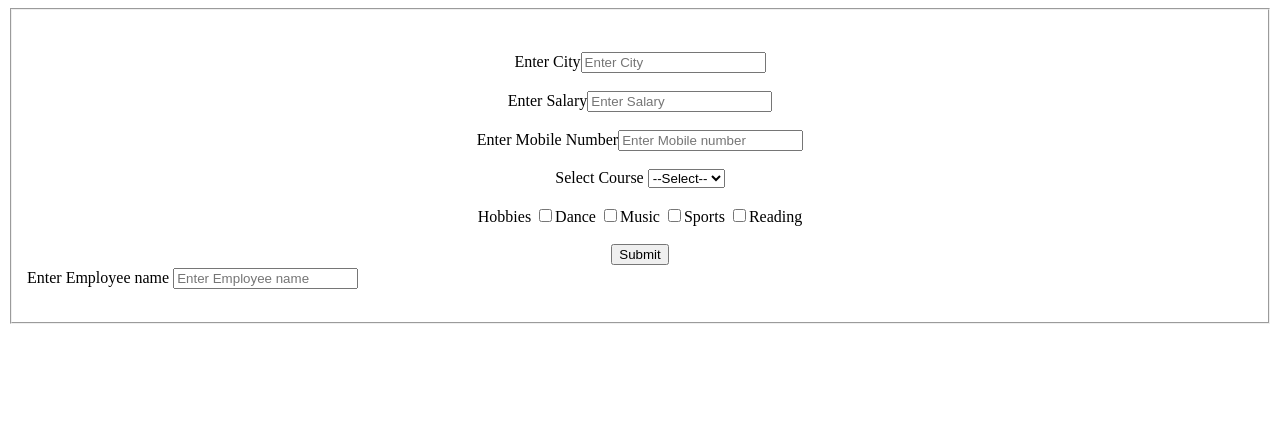
Repository: bigee1397/22-3-2024
Page: http://localhost/RDDemo/
An editor plug-in stored every save of this project. The page is shown before and after the next save, followed by the edit.
The browser window is 1280 px wide. The pictures show the whole page.
The page is served by Tomcat 9. Other server files are loaded and not shown.

Above is the page before, as saved 2024-03-15 04:49:46.

### jspandservlets/RDDemo/src/main/webapp/index.jsp
<%@ page language="java" contentType="text/html; charset=ISO-8859-1"
    pageEncoding="ISO-8859-1" %>
<!DOCTYPE html>
<html>
<head>
<meta charset="ISO-8859-1">
<title>Insert title here</title>
</head>
<body>
	<fieldset align="center">
		<form action="registerServlet" method="post">
			<table>
				<tr>
					<td>Enter Employee name</td>
					<td><input type="text" name="employeeName" placeholder="Enter Employee name" /> </td>
				</tr>
				<tr>
					<td></td>
					<td></td>
				</tr>
				<tr>
					<td></td>
					<td></td>
				</tr>
				<tr>
					<td></td>
					<td></td>
				</tr>
				<tr>
					<td></td>
					<td></td>
				</tr>
				<tr>
					<td></td>
					<td></td>
				</tr>

		    	<br><br>
		    	Enter City<input type="text" name="city" placeholder="Enter City" />
		    	<br><br>
		    	Enter Salary<input type="number" name="salary" placeholder="Enter Salary" />
		    	<br><br>
		    	Enter Mobile Number<input type="tel" name="mobile" placeholder="Enter Mobile number" />
		    	<br><br>
		        Select Course
		        <select name="course">
		            <option>--Select--</option>
		            <option value="Java">Java</option>
		            <option value="Spring">Spring</option>
		            <option value="Angular">Angular</option>
		            <option value="Node">Node</option>
		        </select>
		        <br><br>
		        Hobbies
		        <input type="checkbox" name="hobby" value="dance">Dance
		        <input type="checkbox" name="hobby" value="music">Music
		        <input type="checkbox" name="hobby" value="sports">Sports
		        <input type="checkbox" name="hobby" value="reading">Reading
		        <br><br>
		        <input type="submit" value="Submit">
			</table>
		</form>
	</fieldset>
</body>
</html>

After the next save:
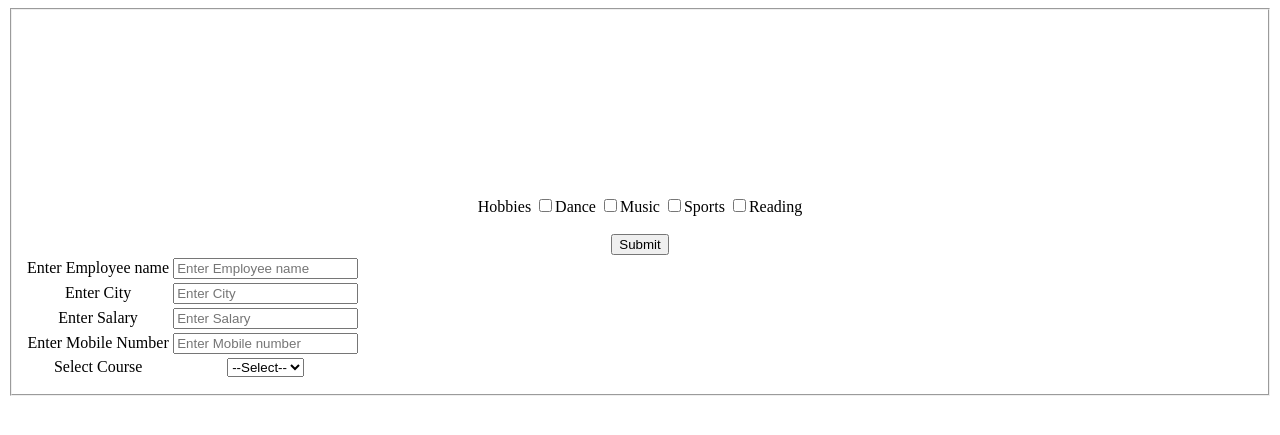
Saved 95 s later.
--- a/jspandservlets/RDDemo/src/main/webapp/index.jsp
+++ b/jspandservlets/RDDemo/src/main/webapp/index.jsp
@@ -15,20 +15,27 @@
 					<td><input type="text" name="employeeName" placeholder="Enter Employee name" /> </td>
 				</tr>
 				<tr>
-					<td></td>
-					<td></td>
+					<td>Enter City</td>
+					<td><input type="text" name="city" placeholder="Enter City" /> </td>
 				</tr>
 				<tr>
-					<td></td>
-					<td></td>
+					<td>Enter Salary</td>
+					<td><input type="number" name="salary" placeholder="Enter Salary" /> </td>
 				</tr>
 				<tr>
-					<td></td>
-					<td></td>
+					<td>Enter Mobile Number</td>
+					<td><input type="tel" name="mobile" placeholder="Enter Mobile number" /> </td>
 				</tr>
 				<tr>
-					<td></td>
-					<td></td>
+					<td>Select Course</td>
+					<td><select name="course">
+			            <option>--Select--</option>
+			            <option value="Java">Java</option>
+			            <option value="Spring">Spring</option>
+			            <option value="Angular">Angular</option>
+			            <option value="Node">Node</option>
+			        </select>
+			        </td>
 				</tr>
 				<tr>
 					<td></td>
@@ -36,20 +43,14 @@
 				</tr>
 
 		    	<br><br>
-		    	Enter City<input type="text" name="city" placeholder="Enter City" />
+
 		    	<br><br>
-		    	Enter Salary<input type="number" name="salary" placeholder="Enter Salary" />
+
 		    	<br><br>
-		    	Enter Mobile Number<input type="tel" name="mobile" placeholder="Enter Mobile number" />
+
 		    	<br><br>
-		        Select Course
-		        <select name="course">
-		            <option>--Select--</option>
-		            <option value="Java">Java</option>
-		            <option value="Spring">Spring</option>
-		            <option value="Angular">Angular</option>
-		            <option value="Node">Node</option>
-		        </select>
+
+
 		        <br><br>
 		        Hobbies
 		        <input type="checkbox" name="hobby" value="dance">Dance
